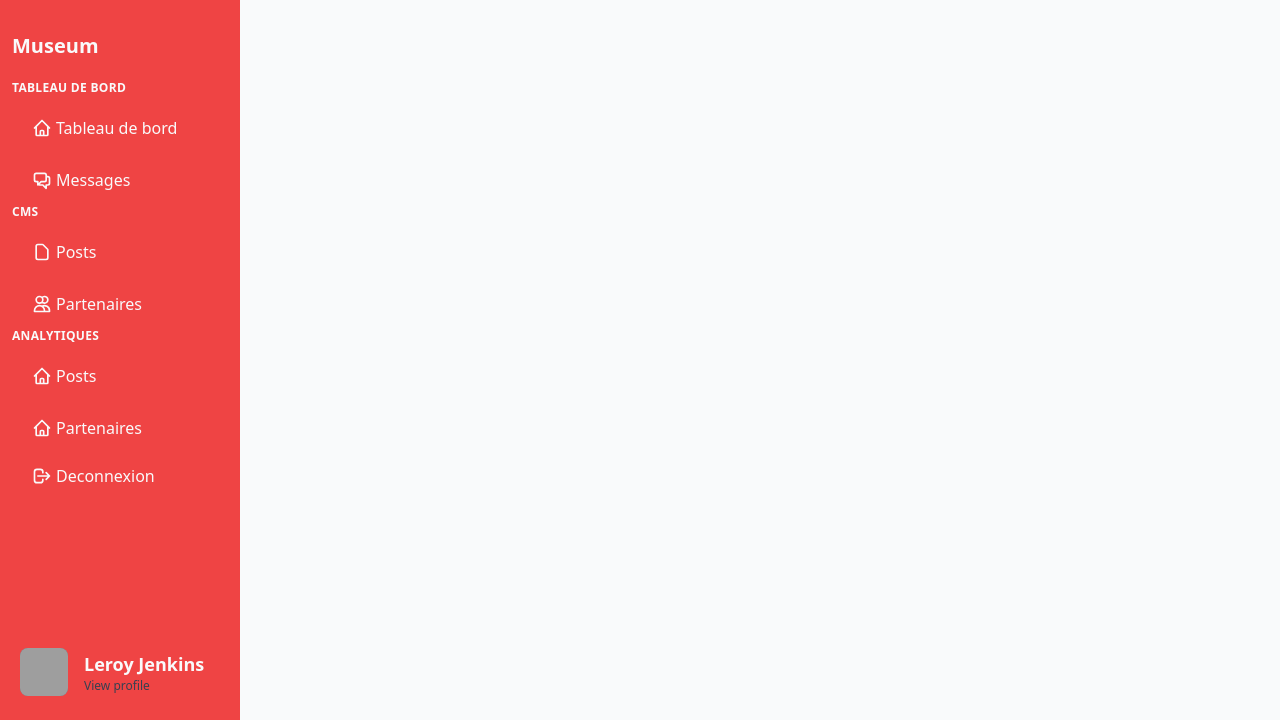
Repository: erulabs243/museum
Page: /dashboard
These files come from the project's save history. The page is drawn as it stood at one moment and after the next save; the edit follows.
The browser window is 1280 px wide. The pictures show the whole page.
Pictures or frames that could not be fetched are drawn as grey boxes. The project was rebuilt for these pictures with package versions that can differ from the ones it lists, and the page was loaded fresh each time. Also part of the build but not shown: vite.config.js, src/pages/admin/Home.jsx, src/components/atoms/headers/NavLink.jsx, src/components/atoms/headers/Button.jsx, src/components/atoms/TagBadge.jsx, src/components/atoms/MyAudioPlayer.jsx, src/components/atoms/MyVideoPlayer.jsx, src/components/atoms/MediaCard.jsx and 24 more.

Above is the page before, as saved 2022-08-10 20:17:18.

After the next save:
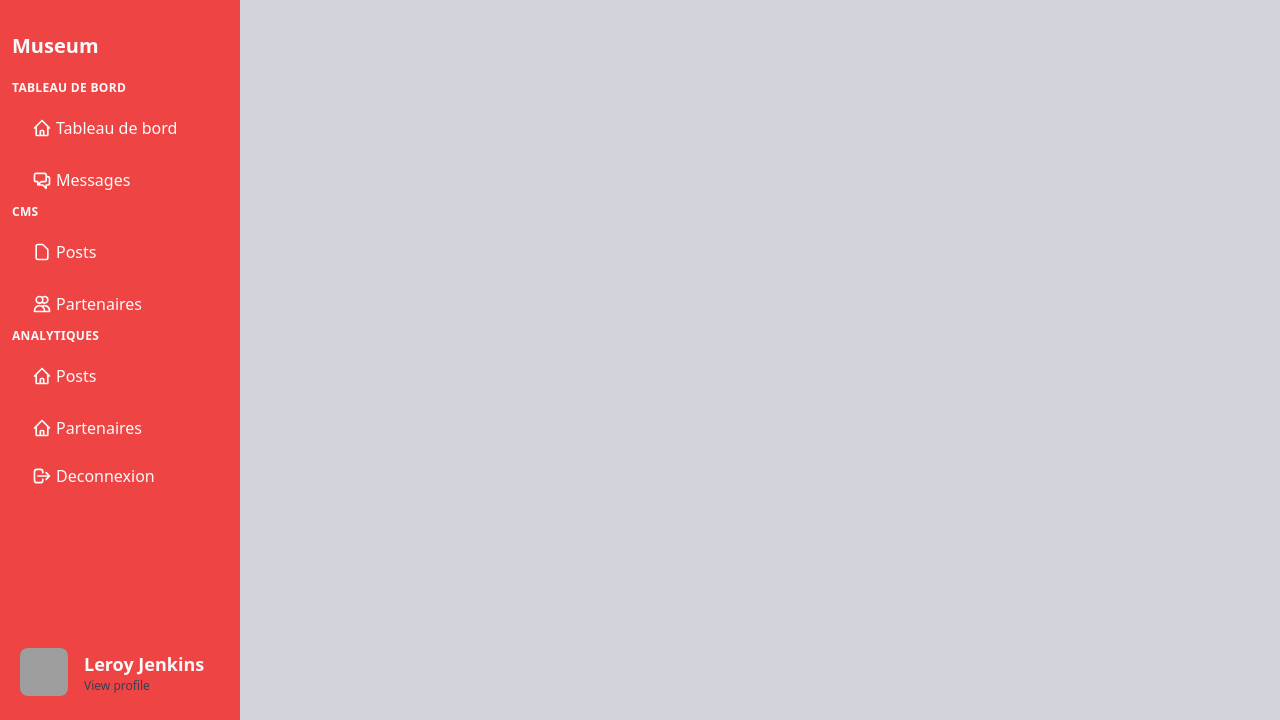
Saved 27 s later.
--- a/src/pages/admin/Dashboard.jsx
+++ b/src/pages/admin/Dashboard.jsx
@@ -4,7 +4,7 @@ import { AdminSidebar } from '../../components/sections';
 
 const Dashboard = () => {
     return (
-        <main>
+        <main className="bg-gray-300">
             <AdminSidebar />
         </main>
     );
